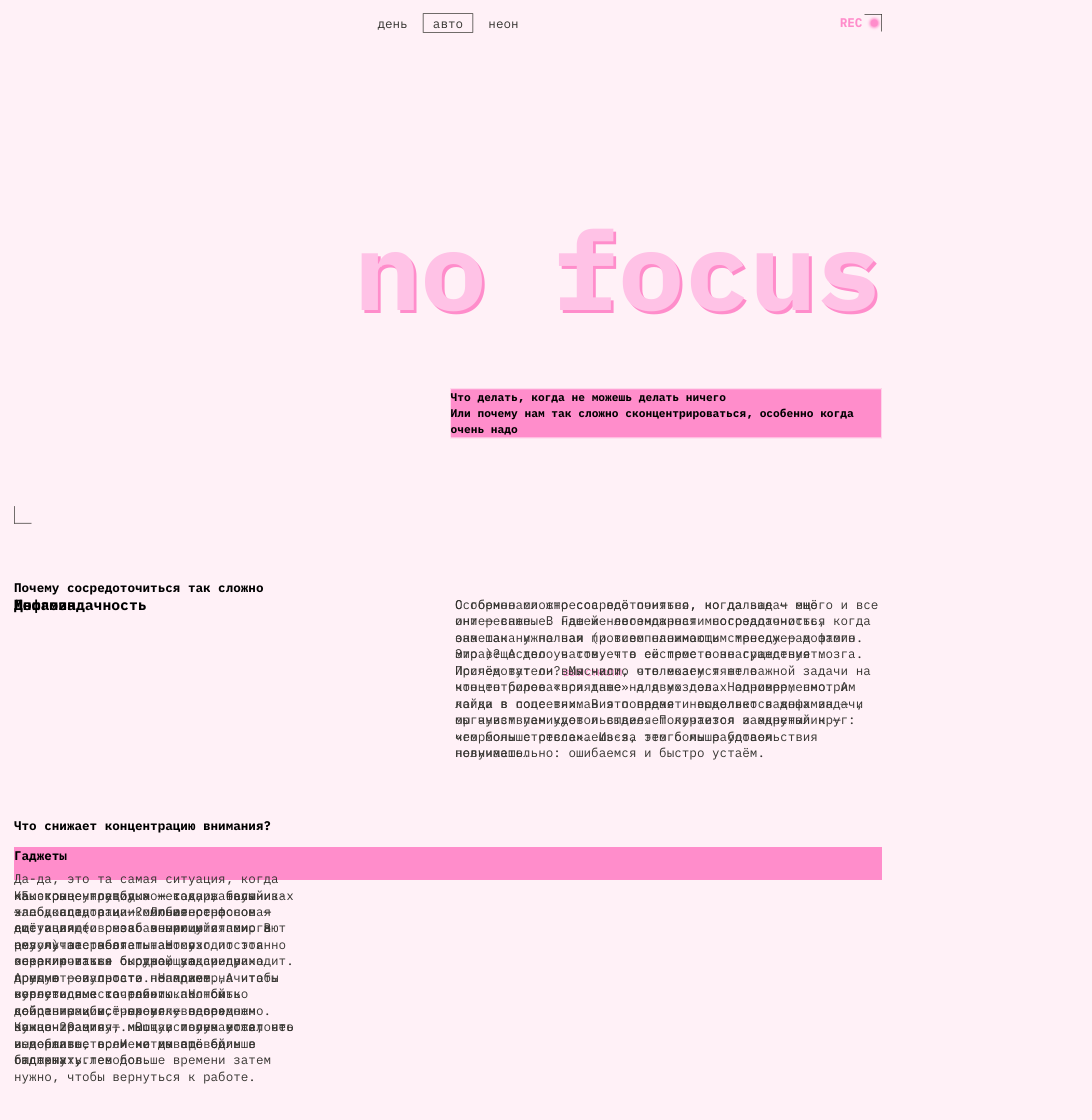
Repository: NikWolf75/slozhno-sosredotochitsya-fd
Page: index.html
The author's editor kept a copy of each file at every save. The page is drawn from the files as they stood at one save, then again after a run of saves.
The browser window is 1280 px wide. The page is 1560 px wide, so the pictures cover 1560 px, including what lies to the right of the window. The pictures show the part of the page from y = 0 to 1600 px (the page is 7362 px tall), at 70% of full size.

Above is the page before, as saved 2025-02-27 21:38:11.

After the next 3 saves:
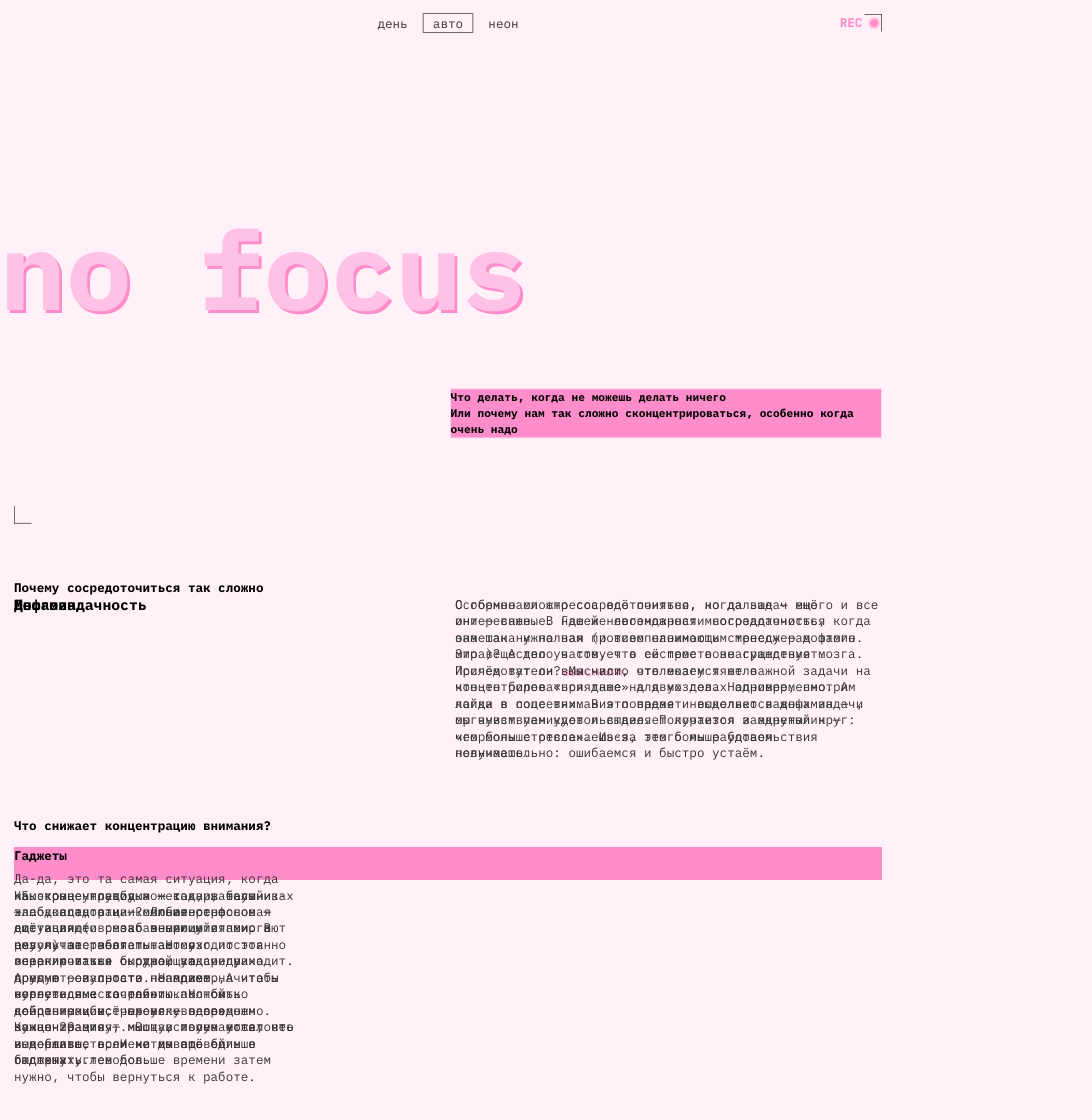
The 3 saves are shown as one change because they came seconds apart.
The last was saved 10 s later.
--- a/styles/style.css
+++ b/styles/style.css
@@ -179,6 +179,7 @@
   line-height: 95.7px;
   color: var(--title-short-text-color);
   text-shadow: 4px 4px 0 var(--accent-color);
+  justify-self: start;
   grid-column: 1 / -1;
   grid-row: 2;
 }
